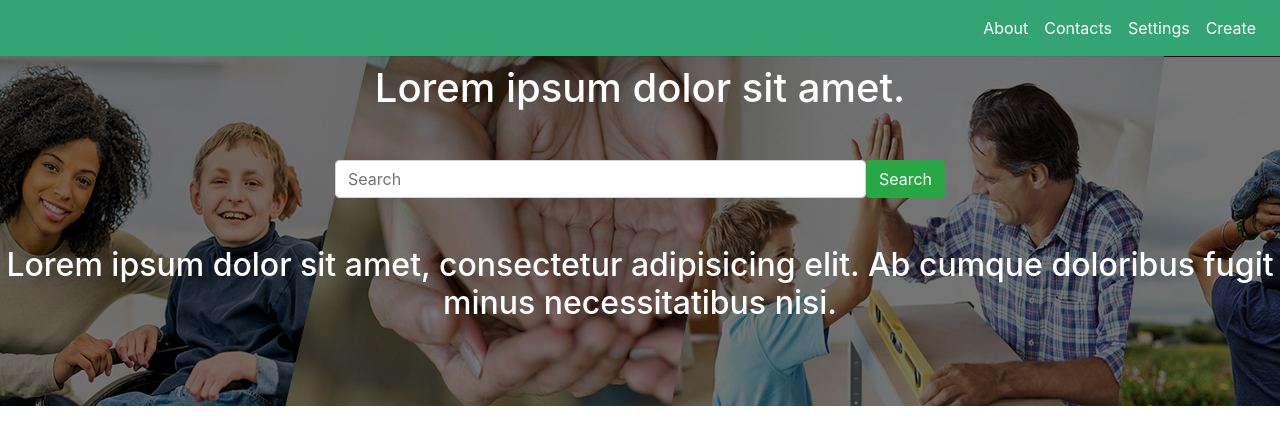
Repository: abduvali-aminov/fond
Page: http://localhost/main
An editor plug-in stored every save of this project. The page is shown before and after the next save, followed by the edit.
The browser window is 1280 px wide. The pictures show the whole page.
The page is served by the project's Laravel application, run on PHP 8.4 with Laravel 8. Other server files are loaded and not shown.

Above is the page before, as saved 2021-01-18 12:55:29.

### routes/web.php
<?php

use App\Http\Controllers\AppliesController;
use App\Http\Controllers\MainController;
use Illuminate\Support\Facades\Route;

/*
|--------------------------------------------------------------------------
| Web Routes
|--------------------------------------------------------------------------
|
| Here is where you can register web routes for your application. These
| routes are loaded by the RouteServiceProvider within a group which
| contains the "web" middleware group. Now create something great!
|
*/

Route::get('/', function () {
    return view('welcome');
});

Route::get('/apply', [AppliesController::class, 'index'])->name('apply');
Route::get('/apply-create', [AppliesController::class, 'create'])->name('apply-create');
Route::post('/apply-store', [AppliesController::class, 'store'])->name('apply-store');
Route::get('/main', [MainController::class, 'index'])->name('main');

### app/Http/Controllers/MainController.php
<?php

namespace App\Http\Controllers;

use Illuminate\Http\Request;

class MainController extends Controller
{
    public function index()
    {
        return view('main.index');
    }
}

### resources/views/main/index.blade.php
@extends('main.main')
@section('content')

    <div  style="height: 350px;background-image:url('{{ asset('images/photo_3.jpg') }}');position:relative">
        <center >
            <div class="pt-2">
                <h1 class="text-white">Lorem ipsum dolor sit amet.</h1>
                <form class="d-flex col-6 mt-5">
                    <input class="form-control" type="search" placeholder="Search" aria-label="Search">
                    <button class="btn btn-success" type="submit">Search</button>
                </form>
                <h2 class="text-center text-white mt-5">Lorem ipsum dolor sit amet, consectetur adipisicing elit. Ab cumque doloribus fugit minus necessitatibus nisi.</h2>
            </div>
        </center>
    </div>

@endsection

### resources/views/main/main.blade.php
<!DOCTYPE html>
<html lang="en">
<head>
    <meta charset="UTF-8">
    <meta name="viewport" content="width=device-width, initial-scale=1.0">
    <meta http-equiv="X-UA-Compatible" content="ie=edge">
    <title>Document</title>

    <!-- Including the bootstrap CDN -->
    <link rel="stylesheet" href=
    "https://maxcdn.bootstrapcdn.com/bootstrap/4.4.1/css/bootstrap.min.css">
        <link rel="stylesheet" href="https://cdnjs.cloudflare.com/ajax/libs/font-awesome/4.7.0/css/font-awesome.min.css">
        <style>
            #navbar {
                /*margin-top: 20px;*/
                -webkit-text-fill-color: white;
                background-color: #32a573;
                /*position:fixed;*/
                /*top:0;*/
            }
        </style>
</head>

<body>

    <!-- Creating a navigation bar using the
            .navbar class of bootstrap -->
    <nav class="navbar navbar-expand-sm  " id="navbar">
        <ul class="navbar-nav ml-auto">
            <li class="nav-item">
                <a class="nav-link" href="#">
                    About
                </a>
            </li>
            <li class="nav-item">
                <a class="nav-link" href="#">
                    Contacts
                </a>
            </li>
            <li class="nav-item">
                <a class="nav-link" href="#">
                    Settings
                </a>
            </li>
            <li class="nav-item">
                <a class="nav-link" href="{{ route('apply-create') }}">
                    Create
                </a>
            </li>
        </ul>
    </nav>
</body>

</html>
    @yield('content')



    <!-- JS, Popper.js, and jQuery -->
    <script src="https://code.jquery.com/jquery-3.5.1.slim.min.js" integrity="sha384-DfXdz2htPH0lsSSs5nCTpuj/zy4C+OGpamoFVy38MVBnE+IbbVYUew+OrCXaRkfj" crossorigin="anonymous"></script>
    <script src="https://cdn.jsdelivr.net/npm/popper.js@1.16.1/dist/umd/popper.min.js" integrity="sha384-9/reFTGAW83EW2RDu2S0VKaIzap3H66lZH81PoYlFhbGU+6BZp6G7niu735Sk7lN" crossorigin="anonymous"></script>
    <script src="https://stackpath.bootstrapcdn.com/bootstrap/4.5.2/js/bootstrap.min.js" integrity="sha384-B4gt1jrGC7Jh4AgTPSdUtOBvfO8shuf57BaghqFfPlYxofvL8/KUEfYiJOMMV+rV" crossorigin="anonymous"></script>

</html>

Loaded but not shown: app/Http/Controllers/Controller.php (common file)

After the next save:
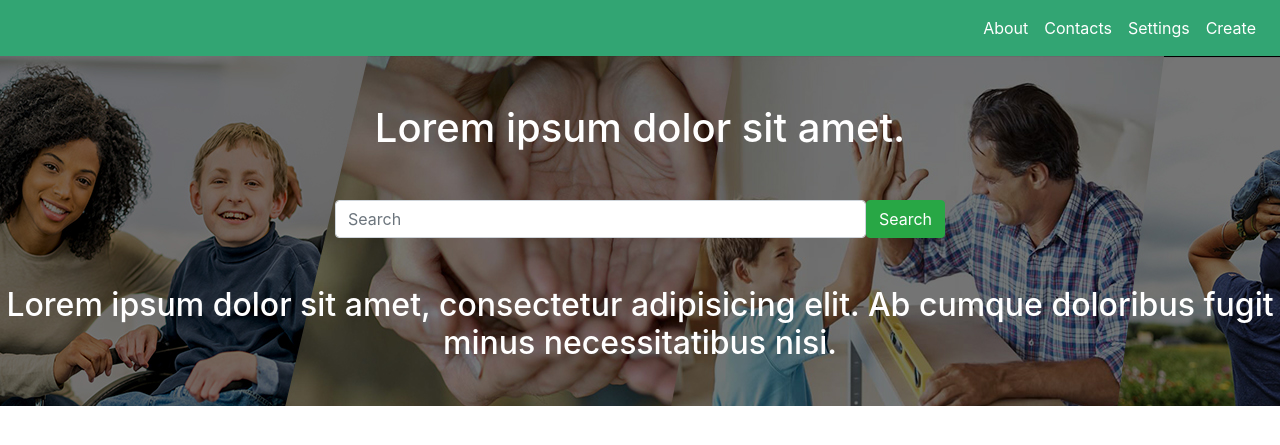
Saved 7 s later.
--- a/resources/views/main/index.blade.php
+++ b/resources/views/main/index.blade.php
@@ -3,7 +3,7 @@
 
     <div  style="height: 350px;background-image:url('{{ asset('images/photo_3.jpg') }}');position:relative">
         <center >
-            <div class="pt-2">
+            <div class="pt-5">
                 <h1 class="text-white">Lorem ipsum dolor sit amet.</h1>
                 <form class="d-flex col-6 mt-5">
                     <input class="form-control" type="search" placeholder="Search" aria-label="Search">
